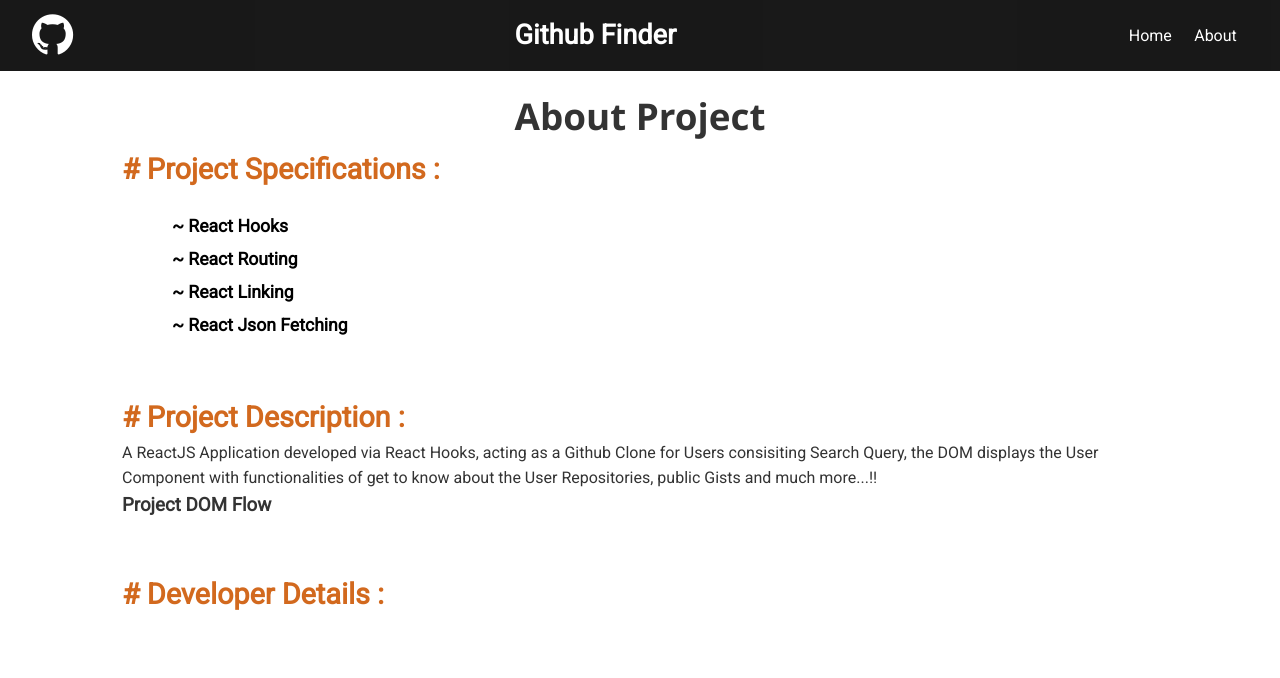
Repository: hemantsaini-7/ReactHooks-GitHub-Clone
Page: /about
The author's editor kept a copy of each file at every save. The page is drawn from the files as they stood at one save, then again after the next save.
The browser window is 1280 px wide. The pictures show the whole page.
The project was rebuilt for these pictures with package versions that can differ from the ones it lists, and the page was loaded fresh each time. Also part of the build but not shown: src/components/users/UserItem.js, src/components/layout/Spinner.js, src/components/users/Users.js, src/components/repos/RepoItem.js, src/components/repos/Repos.js, src/components/users/User.js, src/components/users/Search.js, src/components/layout/Alert.js.

Above is the page before, as saved 2020-08-06 10:25:03.

After the next save:
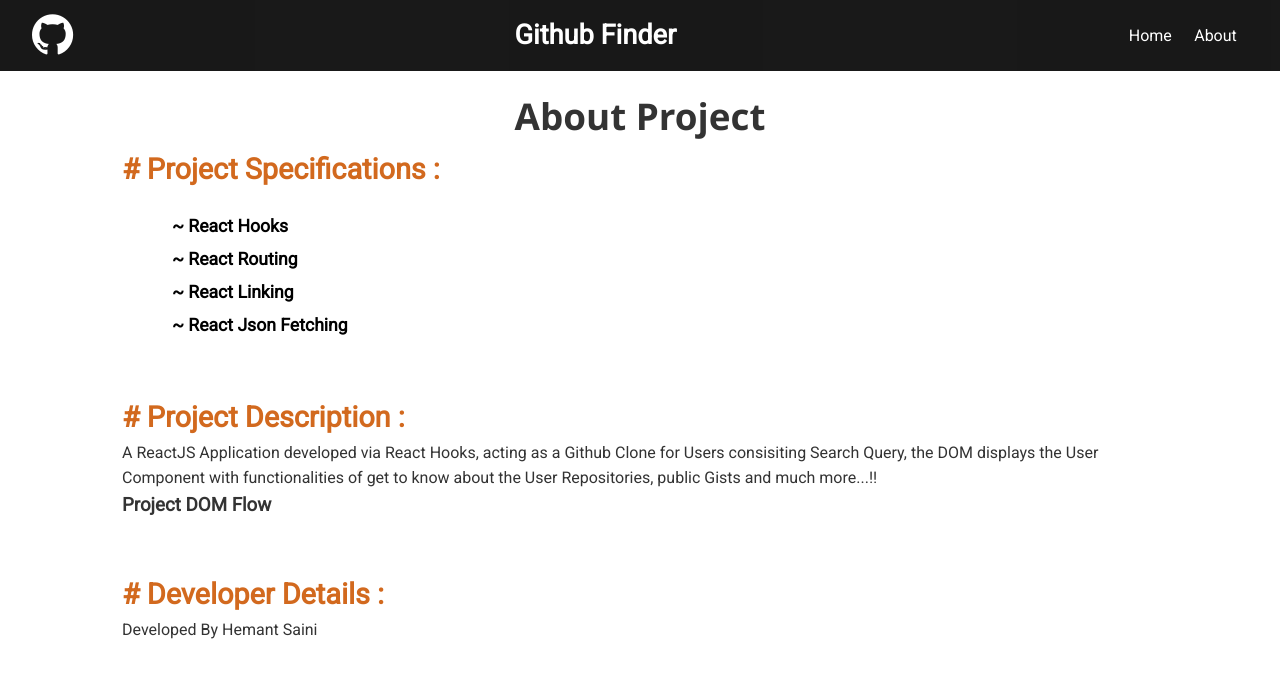
Saved 32 s later.
--- a/src/components/pages/About.js
+++ b/src/components/pages/About.js
@@ -26,6 +26,7 @@
       </div>
       <div className='content-div'>
         <h1 className='content-head'># Developer Details :</h1>
+        <p>Developed By Hemant Saini</p>
       </div>
     </div>
   );
